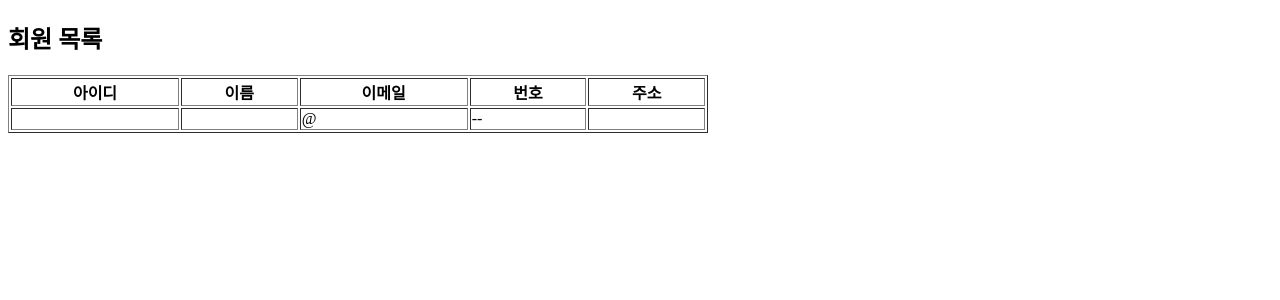
Repository: keepsus/gaebokchi
Page: http://localhost/uzuslime/member/memberList.jsp
The author's editor kept a copy of each file at every save. The page is drawn from the files as they stood at one save, then again after the next save.
The browser window is 1280 px wide. The pictures show the whole page.
The page is served by Tomcat 9. Nobody is signed in. The application's start-up code is not run.

Above is the page before, as saved 2021-02-04 09:39:33.

After the next save:
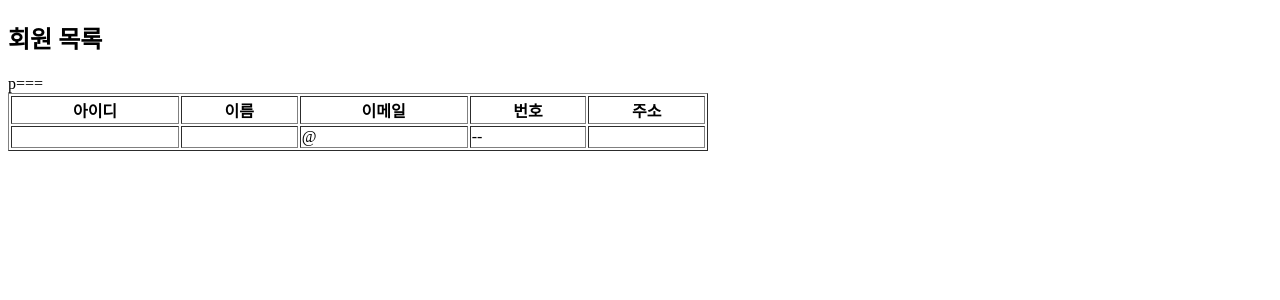
Saved 14 s later.
--- a/uzuslime/src/main/webapp/member/memberList.jsp
+++ b/uzuslime/src/main/webapp/member/memberList.jsp
@@ -18,7 +18,7 @@
 			<th>번호</th>
 			<th>주소</th>
 		</tr>
-		<tr>
+		<tr>  p===${member }
 			<td>${memberDTO.member_id }</td>
 			<td>${memberDTO.member_name }</td>
 			<td>${memberDTO.email1 }@${memberDTO.email2 } </td>

After the save that followed:
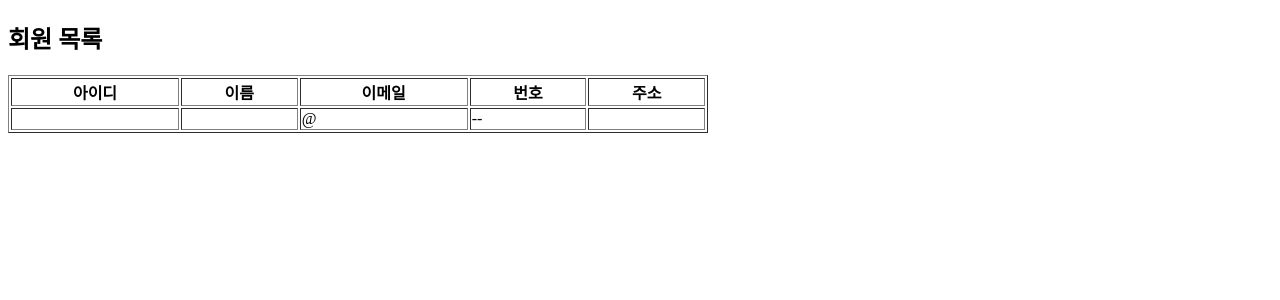
Saved 19 s later.
--- a/uzuslime/src/main/webapp/member/memberList.jsp
+++ b/uzuslime/src/main/webapp/member/memberList.jsp
@@ -18,7 +18,7 @@
 			<th>번호</th>
 			<th>주소</th>
 		</tr>
-		<tr>  p===${member }
+		<tr>
 			<td>${memberDTO.member_id }</td>
 			<td>${memberDTO.member_name }</td>
 			<td>${memberDTO.email1 }@${memberDTO.email2 } </td>
